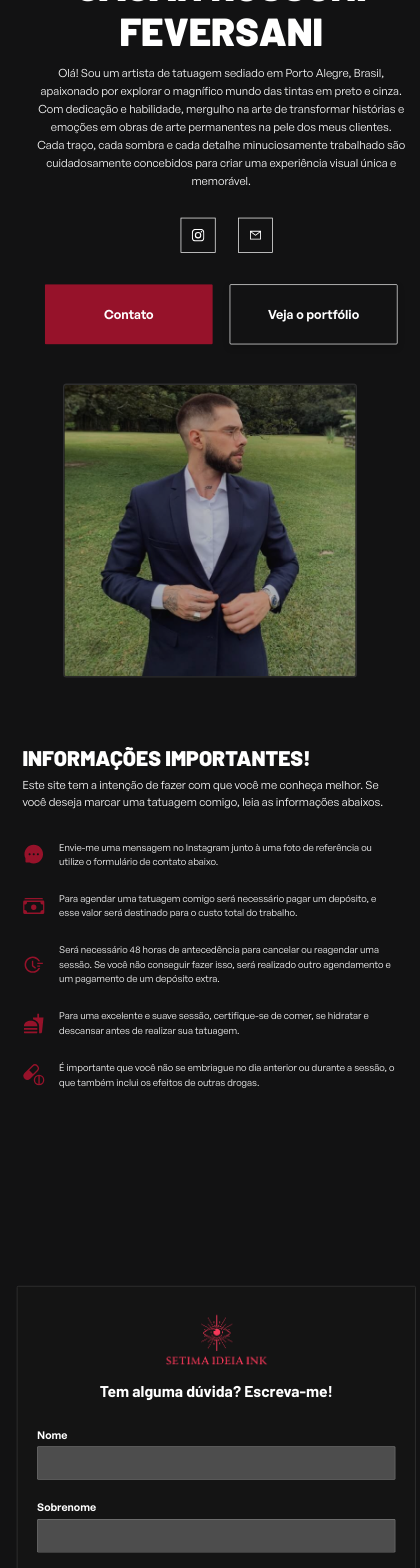
Repository: Leoka2000/S-tima-Ideia
Page: /
An editor plug-in stored every save of this project. The page is shown before and after the next save, followed by the edit.
The browser window is 600 px wide. The pictures show the part of the page from y = 4260 to 6500 px (the page is 7771 px tall), at 70% of full size.
Backgrounds fixed to the window are drawn as part of the page. The project was rebuilt for these pictures with package versions that can differ from the ones it lists, and the page was loaded fresh each time. Some packages were replaced by stand-ins written for this rebuild. Also part of the build but not shown: src/pages/main/instagram/instagram.css, src/pages/main/instagram/instagram.jsx, src/App.css, src/pages/portfolio/portfolio.css, src/data/database-common.js, src/pages/portfolio/loop-content.jsx, src/pages/portfolio/portfolio.jsx, src/pages/portfolio/index.jsx and 2 more. Imported but missing from the stored project, and not drawn on this page: src/assets/videos/cauan-video.mp4.

Above is the page before, as saved 2023-07-10 21:11:37.

After the next save:
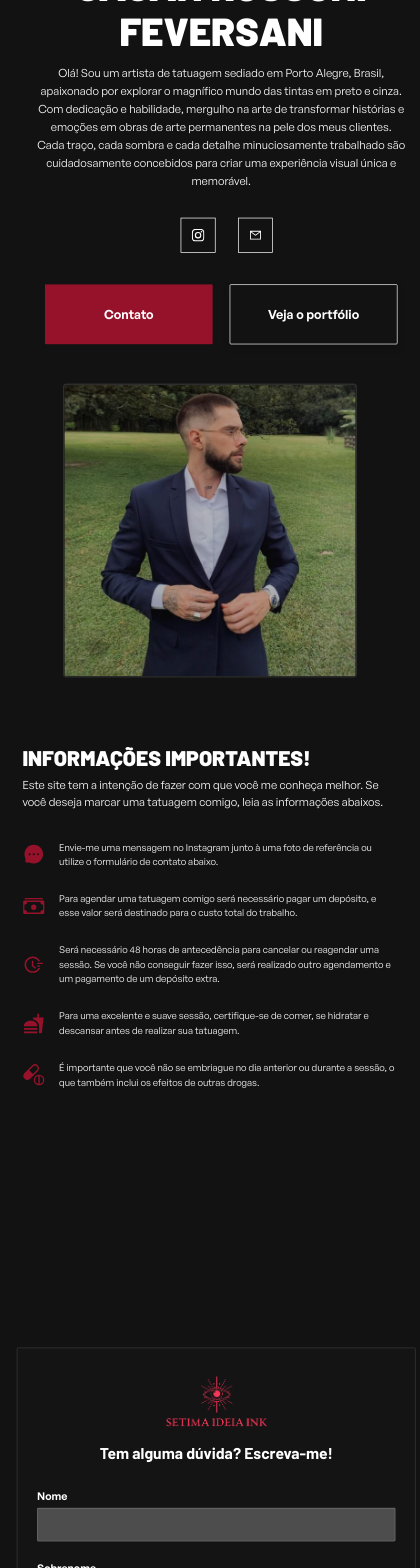
Saved 12 s later.
--- a/src/pages/main/contact/form.css
+++ b/src/pages/main/contact/form.css
@@ -319,7 +319,7 @@ textarea {
     }
     form {
         width: 95%;
-        bottom: 7rem;
+
 
         padding-right: 1.75rem;
         padding-left: 1.75rem;
